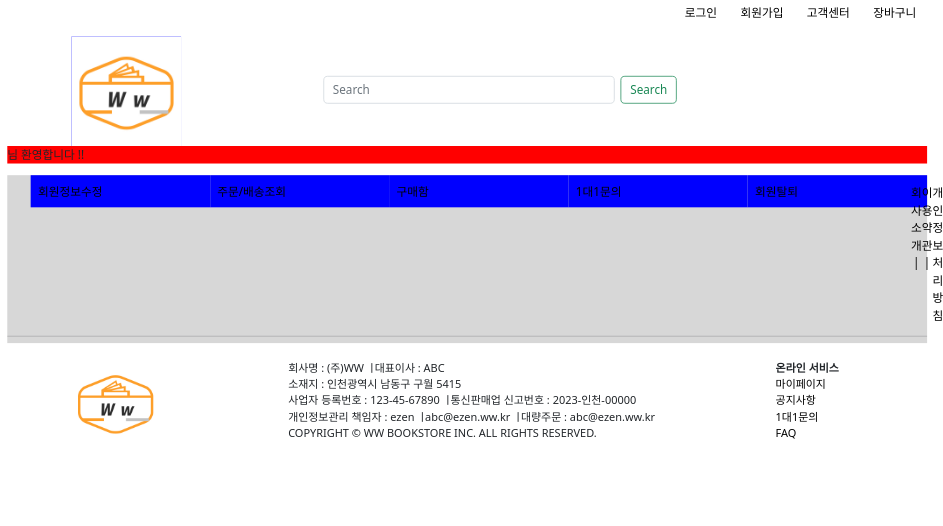
Repository: leehyeonung/project6
Page: http://localhost/book/WEB-INF/views/member/mypage.jsp
These files come from the project's save history. The page is drawn as it stood at one moment and after the next save; the edit follows.
The browser window is 1280 px wide. The page is 1292 px wide, then 1280 px, so the pictures cover 1292 px, including what lies to the right of the window. The pictures show the whole page, at 73% of full size.
The page is served by Tomcat 9. Nobody is signed in. Other server files are loaded and not shown. The template is opened directly, without the code that normally fills it, so the values that code supplies are empty.

Above is the page before, as saved 2023-01-06 03:26:36.

### book/src/main/webapp/WEB-INF/views/member/mypage.jsp
<%@ page language="java" contentType="text/html; charset=UTF-8"
    pageEncoding="UTF-8"%>
<!DOCTYPE html>
<html>
<head>
<meta charset="UTF-8">
<title>Insert title here</title>
<link rel="stylesheet" type="text/css" href="/resources/css/mypage.css">
</head>
<body>
<jsp:include page="../layout/header.jsp"></jsp:include>
<div class="main">

<div class="information">
${ses.mem_id}님 환영합니다 !!
${ses.mem_cell_num}
</div>
<div class="select">
<ul>
	<li><a href="/mem/modify" class="box">회원정보수정</a></li>
	<li><a href="/mem/orderCheck?mem_num=${ses.mem_num}" class="box">주문/배송조회</a></li>
	<li><a href="/mem/buyCheck?mem_num=${ses.mem_num}" class="box">구매함</a></li>
	<li><a href="/board/list" class="box">1대1문의</a></li>
	<li><a href="/mem/delete" class="box">회원탈퇴</a></li>
</ul>
</div>
</div>


<jsp:include page="../layout/footer.jsp"></jsp:include>
</body>
</html>

### book/src/main/webapp/WEB-INF/views/layout/header.jsp
<%@ page language="java" contentType="text/html; charset=UTF-8"
    pageEncoding="UTF-8"%>
<%@ taglib uri="http://java.sun.com/jsp/jstl/core" prefix="c"%>
<!DOCTYPE html>
<html>
<head>
<meta charset="UTF-8">
<title>Insert title here</title>
<!-- CSS only -->
<link href="https://cdn.jsdelivr.net/npm/bootstrap@5.2.2/dist/css/bootstrap.min.css"
rel="stylesheet" integrity="sha384-Zenh87qX5JnK2Jl0vWa8Ck2rdkQ2Bzep5IDxbcnCeuOxjzrPF/et3URy9Bv1WTRi"
crossorigin="anonymous">
<link rel="stylesheet" type="text/css" href="/resources/css/header.css">
</head>
<body>

<div class="header">
    <div class="menu">
        <c:if test="${ses.mem_id ==null}">
        <ul><a href="/mem/loginPage">로그인</a></ul>
        <ul><a href="/mem/joinPage">회원가입</a></ul>
        </c:if>
        <c:if test="${ses.mem_id == 'admin' }">
        <ul><a href="/mem/logOut">로그아웃</a></ul>
        <ul><a href="/mem/adminpage">관리인페이지</a></ul>
        </c:if>
        <c:if test="${ses.mem_id !=null && ses.mem_id !='admin' }">
        <ul><a href="/mem/logOut">로그아웃</a></ul>
        <ul><a href="/mem/mypage">마이페이지</a></ul>
        </c:if>
        <ul><a href="#">고객센터</a></ul>
        <ul><a href="#">장바구니</a></ul>
    </div>
    <div class="bar">
       <div class="logo">
         <a href="/"><img src="/resources/image/logo.jpg" alt="로고"></a>
       </div>
         <div class="searchBar">
            <form class="d-flex" role="search">
                 <input class="form-control me-2" type="search" placeholder="Search" aria-label="Search">
                 <button class="btn btn-outline-success" type="submit">Search</button>
              </form>
         </div>
       <div class="icons">
         <a href=""><i class="fa-solid fa-cart-shopping"></i></a>
            <a href=""><i class="fa-solid fa-user"></i></a>
       </div>
    </div>
</div>
</body>
</html>

### book/src/main/webapp/WEB-INF/views/layout/footer.jsp
<%@ page language="java" contentType="text/html; charset=UTF-8"
   pageEncoding="UTF-8"%>
<!DOCTYPE html>
<html>
<head>
<meta charset="UTF-8">
<title>Insert title here</title>
<link rel="stylesheet" type="text/css" href="/resources/css/footer.css">

</head>

<body>
   <div class="footer">
      <div class="footer-top">
         <ul>
            <li><a href="">회사소개 | </a></li>
            <li><a href="">이용약관 | </a></li>
            <li><a href="">개인정보처리방침</a></li>
         </ul>
      </div>
      <hr>
      <div class="address">
         <div class="footer-logo">
            <img src="/resources/image/logo.jpg" alt="로고">
         </div>
         <div class="address-box">
            <ul>
               <li>회사명 : (주)WW <span style="margin-right: -7px;">ㅣ</span>
                  대표이사 : ABC
               </li>

               <li>소재지 : 인천광역시 남동구 구월 5415</li>
               <li>사업자 등록번호 : 123-45-67890 <span style="margin-right: -7px;">ㅣ</span>
                  통신판매업 신고번호 : 2023-인천-00000
               </li>

               <li>개인정보관리 책임자 : ezen <span style="margin-right: -7px;">ㅣ</span>
                  abc@ezen.ww.kr <span style="margin-right: -7px;">ㅣ</span> 대량주문 :
                  abc@ezen.ww.kr
               </li>

               <li>COPYRIGHT © WW BOOKSTORE INC. ALL RIGHTS RESERVED.</li>

            </ul>

         </div>
         <div class="online-serviceBar">
            <strong>온라인 서비스</strong>
            <ul>
               <li><a href="">마이페이지</a></li>
               <li><a href="">공지사항</a></li>
               <li><a href="">1대1문의</a></li>
               <li><a href="">FAQ</a></li>
            </ul>
         </div>
      </div>
   </div>

</body>
</html>

### book/src/main/webapp/resources/css/mypage.css
@charset "UTF-8";
*{
	margin: 0 auto;
	padding: 0px;

}
.main{
	margin: 0 auto;
    width: 1260px;
    background-color: gray;


}
.id{
    font-size: 30px;
}
.information{
	background-color : red;
}
.box{
	padding : 0px;
    float: left;
    display: inline-block;
	width : 20%;
	height : 100%;
    background-color: blue;
    padding: 10px;
}

### book/src/main/webapp/resources/css/header.css
@charset "UTF-8";
*{
	margin: 0px;
	padding: 0px;
}
.header{
    width: 1260px;
    height: 200px;
   /*  background-color: pink; */
}
.menu{
   display: flex;
   justify-content: flex-end;
   padding:5px;

}
.logo{
    width: 150px;
    height: 150px;
    background-color: blue;
}
.logo>a>img{
    width: 150px;
    height: 150px;
}
.searchBar{
   /* position:absolute; */
    width: 484px;
    height: 42px;
    /* background-color: gold; */
    margin-top:54px;
    border-radius: 30px;

}
.bar{

   height: 150px;
   display: flex;
   flex-direction: row;
   flex-wrap:nowrap;
   justify-content:space-around;
/*    align-items: baseline; */


}
i{
    font-size: 42px;
    color: black;
    margin-top:54px;
    margin-right: 20px;
}

### book/src/main/webapp/resources/css/footer.css
@charset "UTF-8";
.footer {
   width: 1260px;
   height: 230px;
   background-color: rgba(175, 175, 175, 0.5);
   margin: 0 auto;
}

.footer-logo {

   width: 120px;
   height: 120px;
   background-color: beige;
}
.footer-logo>img{
   width: 120px;
   height: 120px;
}

.address-box {
   text-align: left;
   padding: 0;
   margin: 0;
}

.address {
   padding: 15px;
   height: 150px;
   display: flex;
   font-size: 15px;
   /* align-items: baseline; */
   flex-direction: row;
   flex-wrap: nowrap;
   justify-content: space-around;
}

ul {
   list-style: none;
}

.footer, .address li {

}

.footer-top {
   text-align: center;
   padding-top: 12px;
}

.footer-top>ul {
   margin: 0;
   padding: 0;
   display: flex;
   justify-content: center;
}

.footer-top>li {
   margin: 0;
   padding: 0;
}

a {
   text-decoration-line: none;
   color: black;
}

a:visited {
   text-decoration: none;
}

a:hover {
   text-decoration: none;
}

a:focus {
   text-decoration: none;
}

a:hover, a:active {
   text-decoration: none;
}

.online-serviceBar {
   padding: 0px;
   margin-left: 20px;
   width: 120px;
   height: 120px;
}

.online-serviceBar>ul {
   margin: 0px;
   padding: 0px;
}

After the next save:
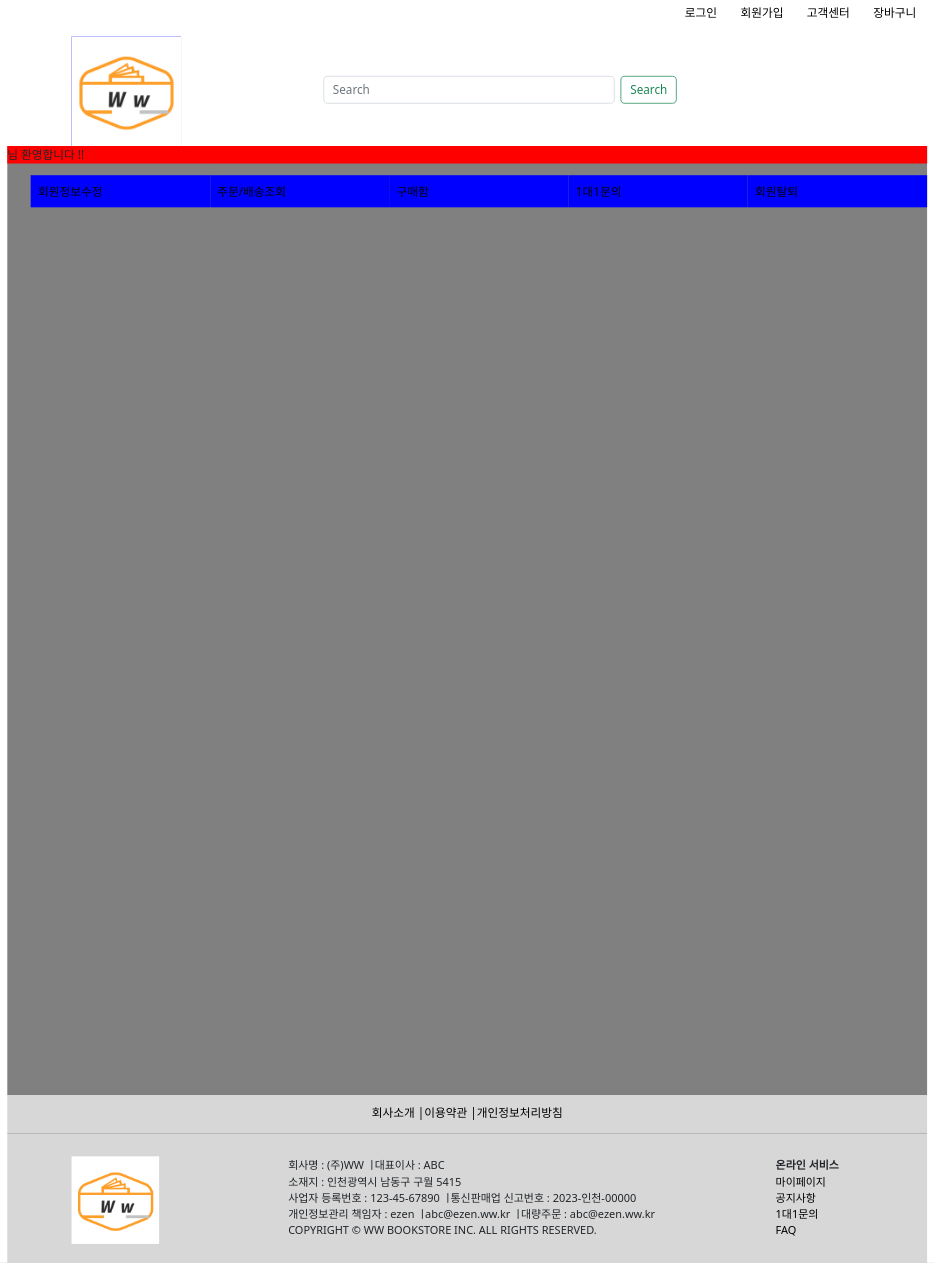
Saved 40 s later.
--- a/book/src/main/webapp/resources/css/mypage.css
+++ b/book/src/main/webapp/resources/css/mypage.css
@@ -10,6 +10,10 @@
     background-color: gray;
 
 
+}
+.select{
+	width:1260px;
+	height:1260px;
 }
 .id{
     font-size: 30px;
